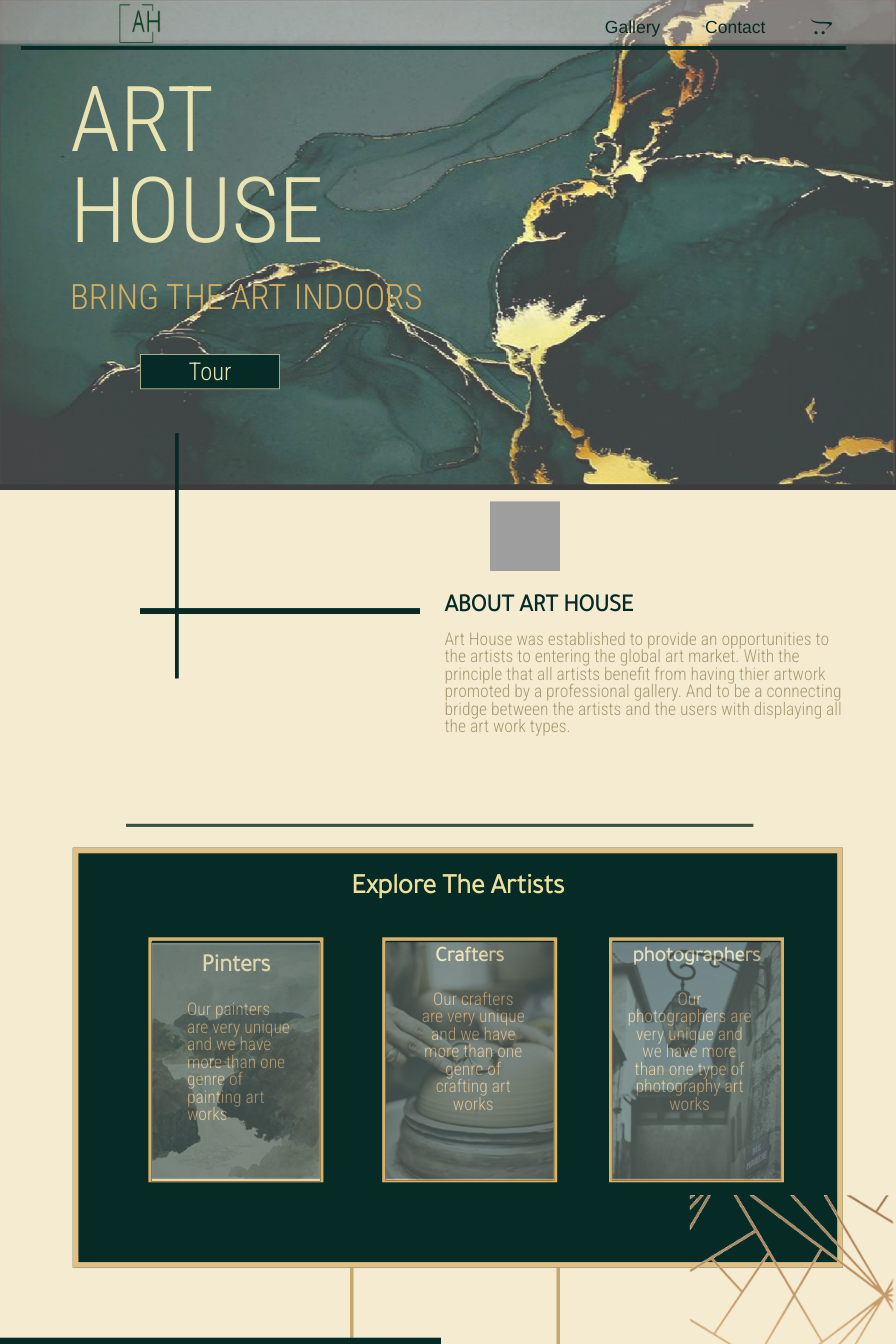
Repository: merge-confilicts/art-house
Page: index.html
An editor plug-in stored every save of this project. The page is shown before and after a run of saves, followed by the edit.
The browser window is 1280 px wide. The pictures show the part of the page from y = 0 to 1920 px (the page is 2701 px tall), at 70% of full size.
Pictures or frames that could not be fetched are drawn as grey boxes.

Above is the page before, as saved 2021-05-26 12:26:42.

After the next 2 saves:
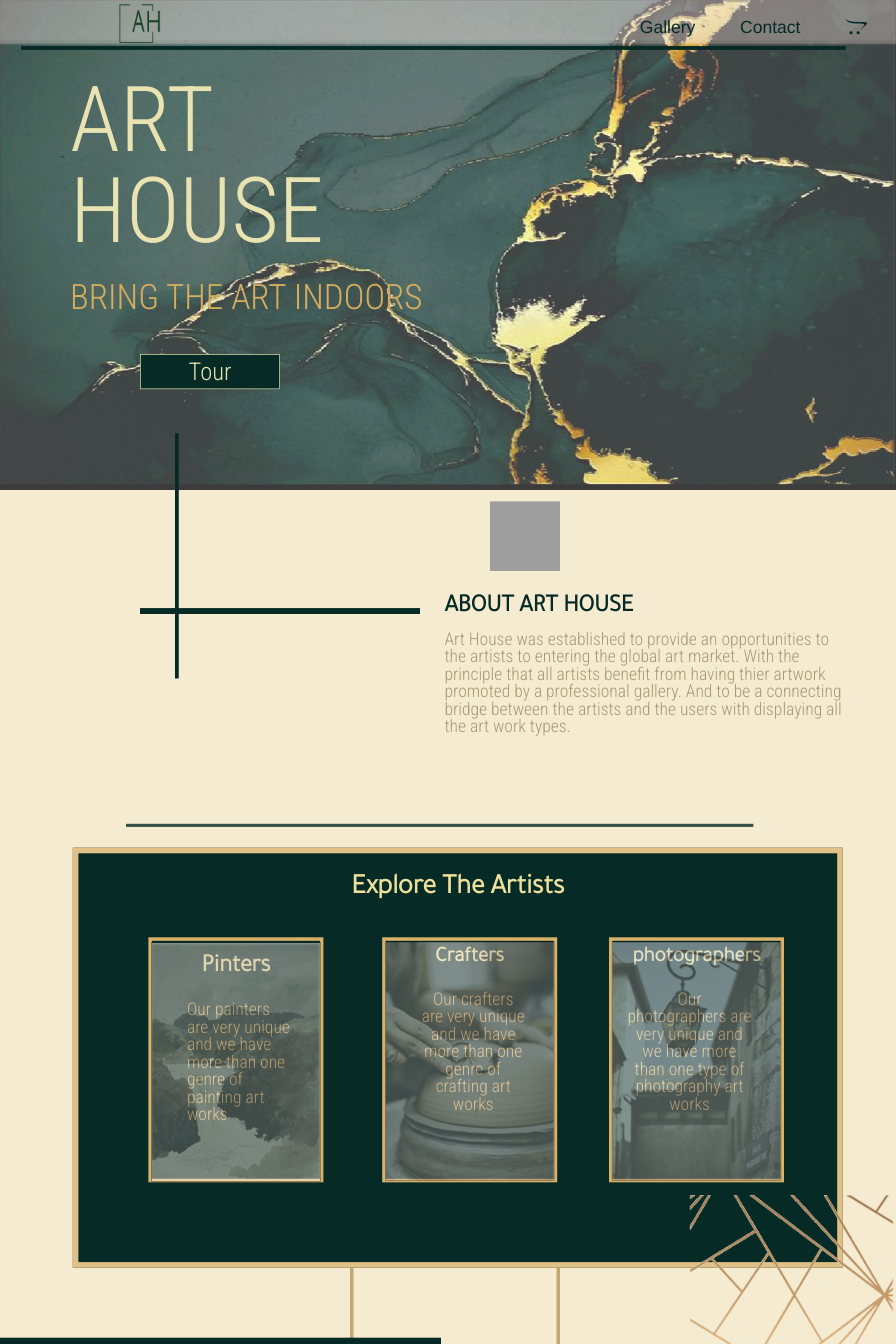
The 2 saves are shown as one change because they came seconds apart.
The last was saved 7 s later.
--- a/css/style.css
+++ b/css/style.css
@@ -101,7 +101,7 @@ ul li {
     display: inline-block;
     margin-left: 0px;
     padding-top: 25px;
-    left: 750px;
+    left: 800px;
     position: relative;
     margin-right: 60px;
 }
